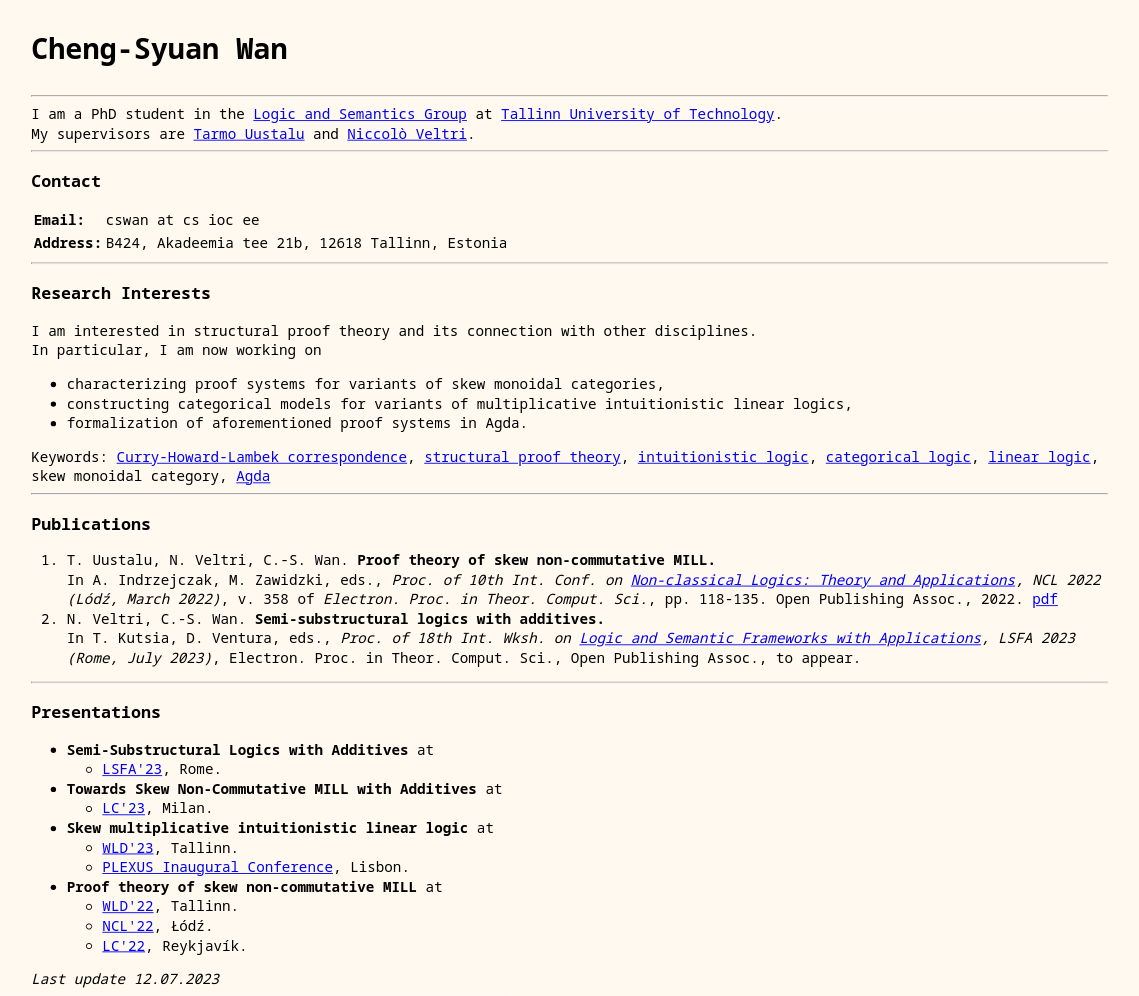
Repository: cswphilo/cswphilo.github.io
Page: index.html
An editor plug-in stored every save of this project. The page is shown before and after the next save, followed by the edit.
The browser window is 1280 px wide. The pictures show the whole page, at 89% of full size.

Above is the page before, as saved 2024-02-27 14:29:15.

### index.html
<!DOCTYPE html>

<head>
    <link rel="preconnect" href="https://fonts.googleapis.com">
    <link rel="preconnect" href="https://fonts.gstatic.com" crossorigin>
    <link href="https://fonts.googleapis.com/css2?family=Noto+Sans+Mono&display=swap" rel="stylesheet">
    <style type ="text/css">
        body {
            background-color: #fff9f0;
            font-family: 'Noto Sans Mono', 'Gill Sans', 'Gill Sans MT', Calibri, 'Trebuchet MS', sans-serif;
            font-size: medium;
            margin-left: 35px;
            margin-right: 35px;
        }
        p {
            color:#000000;
        }
    </style>
    <title> Cheng-Syuan Wan </title>
</head>
<body>
    <div><h1><p>Cheng-Syuan Wan</p></h1>
        <!-- <img src="avatar.jpg" style="width:16%;height:16%; margin-left: 140px;"> -->
    </div>
    <hr/>
    <div>
        I am a PhD student in the <a href="https://cs.ioc.ee/lsg/">Logic and Semantics Group</a> at <a href="https://taltech.ee/en/">Tallinn University of Technology</a>.
        <br/>
        My supervisors are <a href="https://cs.ioc.ee/~tarmo/">Tarmo Uustalu</a> and <a href="https://niccoloveltri.github.io/">Niccolò Veltri</a>.
    </div>
    <hr/>
    <div>
        <h3>Contact</h3>
        <table>
            <tr>
                <td><b>Email: </b></td> <td> cswan at cs ioc ee </td>
            </tr>
            <tr>
                <td><b>Address: </b></td> <td>B424, Akadeemia tee 21b, 12618 Tallinn, Estonia</td>
            </tr>
        </table>
    </div>
    <hr/>
    <div>
        <h3>Research Interests</h3>
        I am interested in structural proof theory and its connection with other disciplines.
        <br/>
        In particular, I am now working on
        <ul>
            <li>characterizing proof systems for variants of skew monoidal categories, </li>
            <li>constructing categorical models for variants of multiplicative intuitionistic linear logics, </li>
            <li>formalization of aforementioned proof systems in Agda.</li>
        </ul>
Keywords: <a href="https://en.wikipedia.org/wiki/Curry%E2%80%93Howard_correspondence">Curry-Howard-Lambek correspondence</a>, <a href="https://plato.stanford.edu/entries/proof-theory/#NewLogiCalc">structural proof theory</a>, <a href="https://plato.stanford.edu/entries/logic-intuitionistic/">intuitionistic logic</a>, <a href="https://en.wikipedia.org/wiki/Categorical_logic">categorical logic</a>, <a href="https://plato.stanford.edu/entries/logic-linear/">linear logic</a>, skew monoidal category, <a href="https://agda.readthedocs.io/en/v2.6.2.2/getting-started/what-is-agda.html">Agda</a>
    </div>
    <hr/>
    <div>
        <h3>Publications</h3>
    <ol>
        <li>T. Uustalu, N. Veltri, C.-S. Wan. <strong>Proof theory of skew non-commutative MILL.</strong> <br />
            In A. Indrzejczak, M. Zawidzki, eds., <em>Proc. of 10th Int. Conf. on <a href="https://easychair.org/smart-program/NCL'22/">Non-classical Logics: Theory and Applications</a>, NCL 2022 (Lódź, March 2022)</em>, v. 358 of <em>Electron. Proc. in Theor. Comput. Sci.</em>, pp. 118-135. Open Publishing Assoc., 2022. <a href="https://arxiv.org/abs/2204.06727v1">pdf</a></li>
        <li>N. Veltri, C.-S. Wan. <strong>Semi-substructural logics with additives.</strong> <br />
            In T. Kutsia, D. Ventura, eds., <em>Proc. of 18th Int. Wksh. on <a href="https://sites.google.com/ufg.br/lsfa2023">Logic and Semantic Frameworks with Applications</a>, LSFA 2023 (Rome, July 2023)</em>, Electron. Proc. in Theor. Comput. Sci., Open Publishing Assoc., to appear.</li>
    </ol>
    </div>
    <hr/>
    <div>
        <h3 id="presentations">Presentations</h3>
        <ul>
           <li><strong>Semi-Substructural Logics with Additives</strong> at
                <ul>
                    <li><a href="https://sites.google.com/ufg.br/lsfa2023/">LSFA'23</a>, Rome. </li>
                </ul>
           <li><strong>Towards Skew Non-Commutative MILL with Additives</strong> at
            <ul>
                <li><a href="https://lc2023.unimi.it/">LC'23</a>, Milan. </li>
            </ul>
           <li><strong>Skew multiplicative intuitionistic linear logic</strong> at
            <ul>
                <li><a href="https://cs.ioc.ee/lsg/wld23/">WLD'23</a>, Tallinn. </li>
                <li><a href="https://cful.letras.ulisboa.pt/lancog/events/plexus-inaugural-conference-24-27-may-2023/">PLEXUS Inaugural Conference</a>, Lisbon. </li>
            </ul>
           </li>
           <li><strong>Proof theory of skew non-commutative MILL</strong> at
            <ul>
                <li><a href="https://cs.ioc.ee/lsg/wld22/">WLD'22</a>, Tallinn. </li>
                <li><a href="https://easychair.org/smart-program/NCL'22/">NCL'22</a>, Łódź. </li>
                <li><a href="http://icetcs.ru.is/lc2022/">LC'22</a>, Reykjavík. </li>
            </ul>
        </li>
        </ul>
    </div>
    <address>
        Last update 12.07.2023
    </address>
</body>

After the next save:
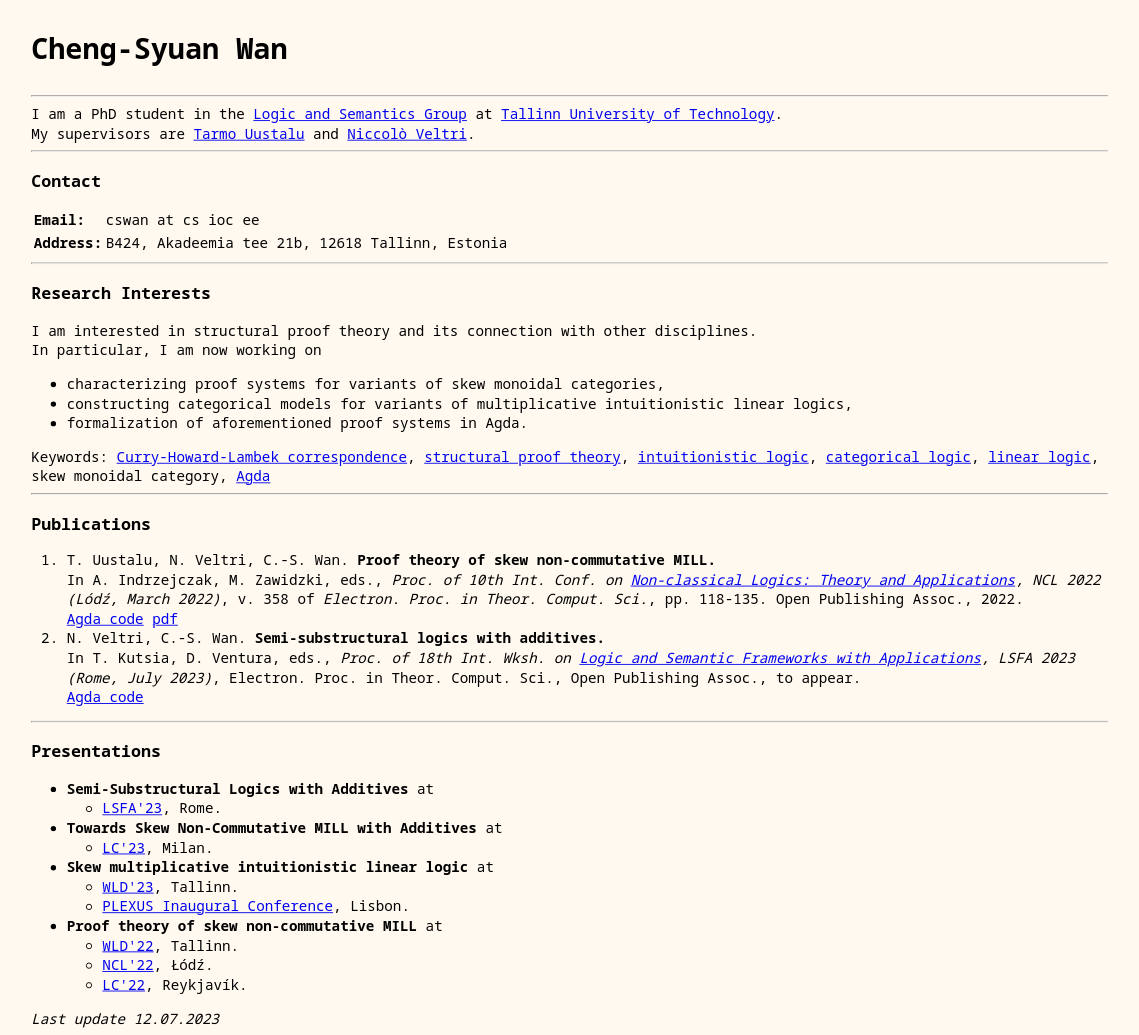
Saved 2 min 6 s later.
--- a/index.html
+++ b/index.html
@@ -58,9 +58,12 @@
         <h3>Publications</h3>
     <ol>
         <li>T. Uustalu, N. Veltri, C.-S. Wan. <strong>Proof theory of skew non-commutative MILL.</strong> <br />
-            In A. Indrzejczak, M. Zawidzki, eds., <em>Proc. of 10th Int. Conf. on <a href="https://easychair.org/smart-program/NCL'22/">Non-classical Logics: Theory and Applications</a>, NCL 2022 (Lódź, March 2022)</em>, v. 358 of <em>Electron. Proc. in Theor. Comput. Sci.</em>, pp. 118-135. Open Publishing Assoc., 2022. <a href="https://arxiv.org/abs/2204.06727v1">pdf</a></li>
+            In A. Indrzejczak, M. Zawidzki, eds., <em>Proc. of 10th Int. Conf. on <a href="https://easychair.org/smart-program/NCL'22/">Non-classical Logics: Theory and Applications</a>, NCL 2022 (Lódź, March 2022)</em>, v. 358 of <em>Electron. Proc. in Theor. Comput. Sci.</em>, pp. 118-135. Open Publishing Assoc., 2022. <br />
+            <a href="https://github.com/niccoloveltri/code-skewmonclosed">Agda code</a> <a href="https://arxiv.org/abs/2204.06727v1">pdf</a></li>
         <li>N. Veltri, C.-S. Wan. <strong>Semi-substructural logics with additives.</strong> <br />
-            In T. Kutsia, D. Ventura, eds., <em>Proc. of 18th Int. Wksh. on <a href="https://sites.google.com/ufg.br/lsfa2023">Logic and Semantic Frameworks with Applications</a>, LSFA 2023 (Rome, July 2023)</em>, Electron. Proc. in Theor. Comput. Sci., Open Publishing Assoc., to appear.</li>
+            In T. Kutsia, D. Ventura, eds., <em>Proc. of 18th Int. Wksh. on <a href="https://sites.google.com/ufg.br/lsfa2023">Logic and Semantic Frameworks with Applications</a>, LSFA 2023 (Rome, July 2023)</em>, Electron. Proc. in Theor. Comput. Sci., Open Publishing Assoc., to appear. <br />
+            <a href="https://github.com/cswphilo/SkewMonAdd">Agda code</a>
+            </li>
     </ol>
     </div>
     <hr/>
